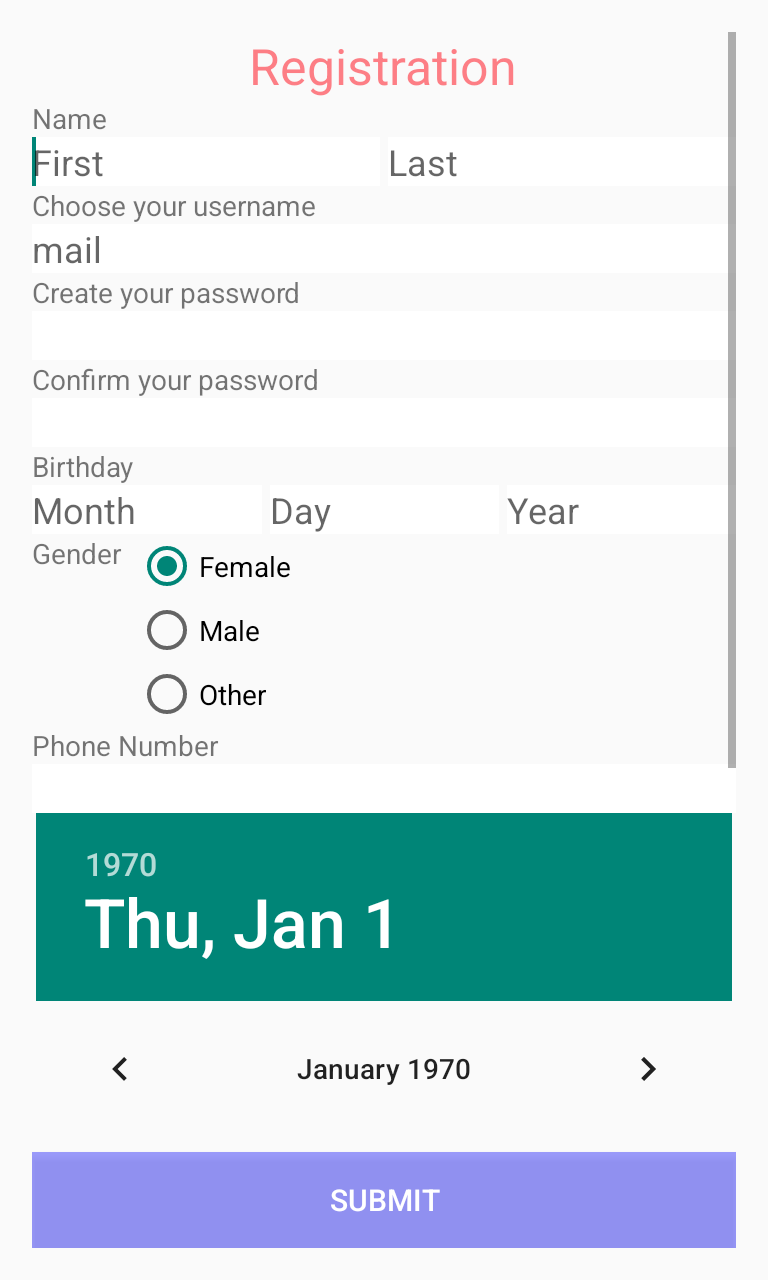
Repository: HarithaAmmuHari/Database
Layout: RegisterUsingSP/res/layout/activity_register.xml
The author's editor kept a copy of each file at every save. The layout is drawn from the files as they stood at one save, then again after a run of saves.
It is drawn on a 768 x 1280 px phone screen (xhdpi) without system bars, with theme AppTheme; the app's code is not run.

Above is the layout before, as saved 2015-04-14 09:50:19.

### RegisterUsingSP/res/layout/activity_register.xml
<RelativeLayout xmlns:android="http://schemas.android.com/apk/res/android"
    xmlns:tools="http://schemas.android.com/tools"
    android:layout_width="match_parent"
    android:layout_height="match_parent"
    android:padding="16dp"
    tools:context="com.example.database.LoginActivity" >

    <ScrollView
        android:layout_width="match_parent"
        android:layout_height="wrap_content"
        android:layout_above="@+id/button1"
        android:layout_alignParentTop="true" >

        <RelativeLayout
            android:layout_width="match_parent"
            android:layout_height="match_parent" >

            <TextView
                android:id="@+id/textView1"
                android:layout_width="wrap_content"
                android:layout_height="wrap_content"
                android:layout_centerHorizontal="true"
                android:text="Registration"
                android:textColor="#80ff0110"
                android:textSize="25sp" />

            <TextView
                android:id="@+id/textView2"
                android:layout_width="wrap_content"
                android:layout_height="wrap_content"
                android:layout_below="@+id/textView1"
                android:text="Name" />

            <LinearLayout
                android:id="@+id/linearLayout1"
                android:layout_width="match_parent"
                android:layout_height="wrap_content"
                android:layout_below="@+id/textView2"
                android:orientation="horizontal"
                android:weightSum="2.0" >

                <EditText
                    android:id="@+id/editText1"
                    android:layout_width="wrap_content"
                    android:layout_height="wrap_content"
                    android:layout_marginRight="2dp"
                    android:layout_weight="1"
                    android:background="#fff"
                    android:ems="10"
                    android:hint="First" >

                    <requestFocus />
                </EditText>

                <EditText
                    android:id="@+id/editText2"
                    android:layout_width="wrap_content"
                    android:layout_height="wrap_content"
                    android:layout_marginLeft="2dp"
                    android:layout_weight="1"
                    android:background="#fff"
                    android:ems="10"
                    android:hint="Last" />
            </LinearLayout>

            <TextView
                android:id="@+id/textView3"
                android:layout_width="match_parent"
                android:layout_height="wrap_content"
                android:layout_below="@+id/linearLayout1"
                android:text="Choose your username" />

            <EditText
                android:id="@+id/editText3"
                android:layout_width="match_parent"
                android:layout_height="wrap_content"
                android:layout_below="@+id/textView3"
                android:background="#fff"
                android:ems="10"
                android:hint="mail"
                android:inputType="textEmailAddress" />

            <TextView
                android:id="@+id/textView4"
                android:layout_width="match_parent"
                android:layout_height="wrap_content"
                android:layout_below="@+id/editText3"
                android:text="Create your password" />

            <EditText
                android:id="@+id/editText4"
                android:layout_width="match_parent"
                android:layout_height="wrap_content"
                android:layout_below="@+id/textView4"
                android:background="#fff"
                android:ems="10"
                android:inputType="textPassword" />

            <TextView
                android:id="@+id/textView5"
                android:layout_width="match_parent"
                android:layout_height="wrap_content"
                android:layout_below="@+id/editText4"
                android:text="Confirm your password" />

            <EditText
                android:id="@+id/editText5"
                android:layout_width="match_parent"
                android:layout_height="wrap_content"
                android:layout_below="@+id/textView5"
                android:background="#fff"
                android:ems="10"
                android:inputType="textPassword" />

            <TextView
                android:id="@+id/textView6"
                android:layout_width="match_parent"
                android:layout_height="wrap_content"
                android:layout_below="@+id/editText5"
                android:text="Birthday" />

            <LinearLayout
                android:id="@+id/linearLayout2"
                android:layout_width="match_parent"
                android:layout_height="wrap_content"
                android:layout_below="@+id/textView6"
                android:orientation="horizontal"
                android:weightSum="3.0" >

                <EditText
                    android:id="@+id/editText6"
                    android:layout_width="wrap_content"
                    android:layout_height="wrap_content"
                    android:layout_marginRight="4dp"
                    android:layout_weight="1"
                    android:background="#fff"
                    android:ems="10"
                    android:hint="Month" />

                <EditText
                    android:id="@+id/editText7"
                    android:layout_width="wrap_content"
                    android:layout_height="wrap_content"
                    android:layout_marginRight="4dp"
                    android:layout_weight="1"
                    android:background="#fff"
                    android:ems="10"
                    android:hint="Day"
                    android:inputType="number" />

                <EditText
                    android:id="@+id/editText8"
                    android:layout_width="wrap_content"
                    android:layout_height="wrap_content"
                    android:layout_weight="1"
                    android:background="#fff"
                    android:ems="10"
                    android:hint="Year"
                    android:inputType="number" />
            </LinearLayout>

            <TextView
                android:id="@+id/textView8"
                android:layout_width="match_parent"
                android:layout_height="wrap_content"
                android:layout_below="@+id/radioGroup1"
                android:text="Phone Number" />

            <EditText
                android:id="@+id/editText9"
                android:layout_width="match_parent"
                android:layout_height="wrap_content"
                android:layout_below="@+id/textView8"
                android:background="#fff"
                android:ems="10"
                android:inputType="number" />

            <TextView
                android:id="@+id/textView7"
                android:layout_width="match_parent"
                android:layout_height="wrap_content"
                android:layout_below="@+id/linearLayout2"
                android:text="Gender" />

            <RadioGroup
                android:id="@+id/radioGroup1"
                android:layout_width="wrap_content"
                android:layout_height="wrap_content"
                android:layout_alignTop="@+id/textView7"
                android:layout_marginLeft="14dp"
                android:layout_toRightOf="@+id/textView2" >

                <RadioButton
                    android:id="@+id/radio0"
                    android:layout_width="wrap_content"
                    android:layout_height="wrap_content"
                    android:checked="true"
                    android:text="Female" />

                <RadioButton
                    android:id="@+id/radio1"
                    android:layout_width="wrap_content"
                    android:layout_height="wrap_content"
                    android:text="Male" />

                <RadioButton
                    android:id="@+id/radio2"
                    android:layout_width="wrap_content"
                    android:layout_height="wrap_content"
                    android:text="Other" />
            </RadioGroup>

            <DatePicker
                android:id="@+id/datePicker1"
                android:layout_width="wrap_content"
                android:layout_height="wrap_content"
                android:layout_below="@+id/editText9"
                android:layout_centerHorizontal="true"
                android:calendarViewShown="false" />
        </RelativeLayout>
    </ScrollView>

    <Button
        android:id="@+id/button1"
        android:layout_width="match_parent"
        android:layout_height="wrap_content"
        android:layout_alignParentBottom="true"
        android:layout_marginTop="10dp"
        android:background="#600000ff"
        android:onClick="submitRegister"
        android:text="Submit"
        android:textColor="#fff"
        android:textSize="15sp" />

</RelativeLayout>

Loaded but not shown: RegisterUsingSP/res/values/styles.xml (common file); RegisterUsingSP/res/values-v11/styles.xml (common file); RegisterUsingSP/res/values-v14/styles.xml (common file)

After the next 2 saves:
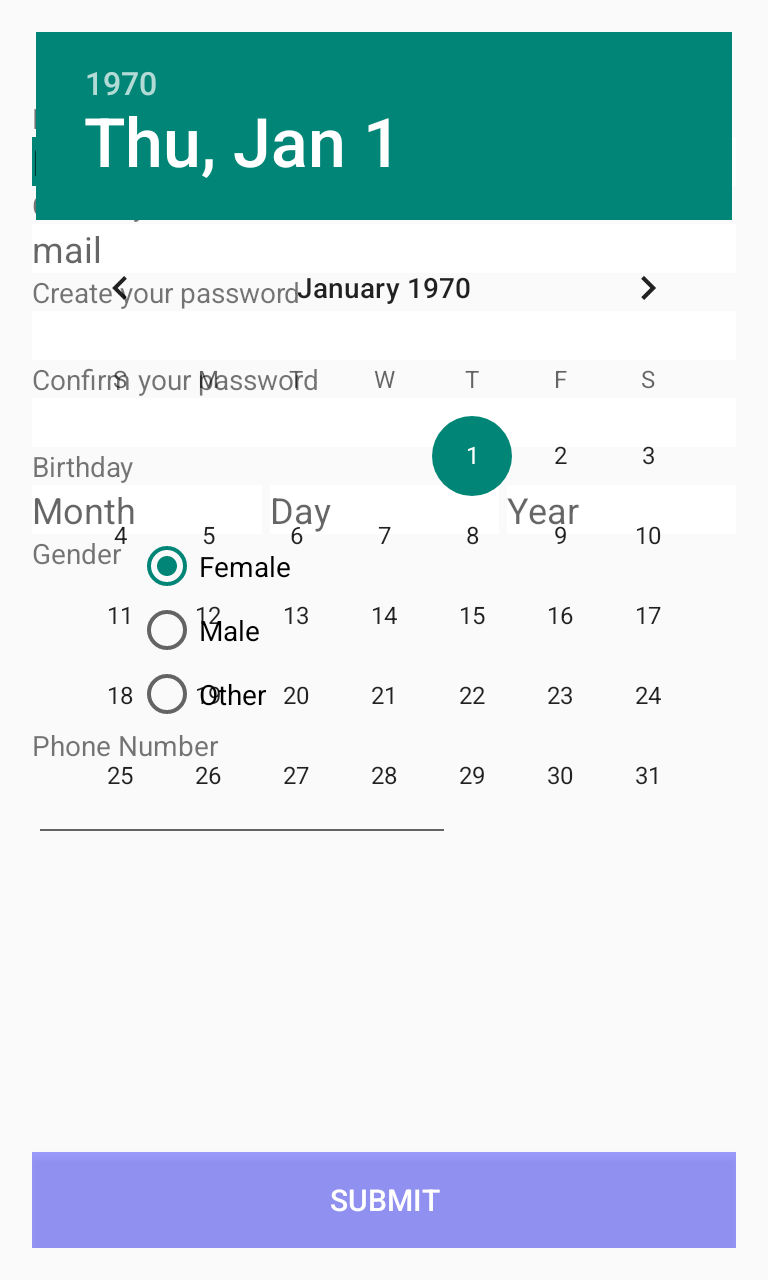
The 2 saves are shown as one change because 1 did not build or start.
The last was saved 17 min 19 s later.
--- a/RegisterUsingSP/res/layout/activity_register.xml
+++ b/RegisterUsingSP/res/layout/activity_register.xml
@@ -166,15 +166,12 @@
                 android:layout_below="@+id/radioGroup1"
                 android:text="Phone Number" />
 
-            <EditText
-                android:id="@+id/editText9"
-                android:layout_width="match_parent"
+          <EditText
+                android:id="@+id/editText10"
+                android:layout_width="wrap_content"
                 android:layout_height="wrap_content"
                 android:layout_below="@+id/textView8"
-                android:background="#fff"
-                android:ems="10"
-                android:inputType="number" />
-
+                android:ems="10" />
             <TextView
                 android:id="@+id/textView7"
                 android:layout_width="match_parent"
@@ -217,6 +214,9 @@
                 android:layout_below="@+id/editText9"
                 android:layout_centerHorizontal="true"
                 android:calendarViewShown="false" />
+
+
+
         </RelativeLayout>
     </ScrollView>
 
